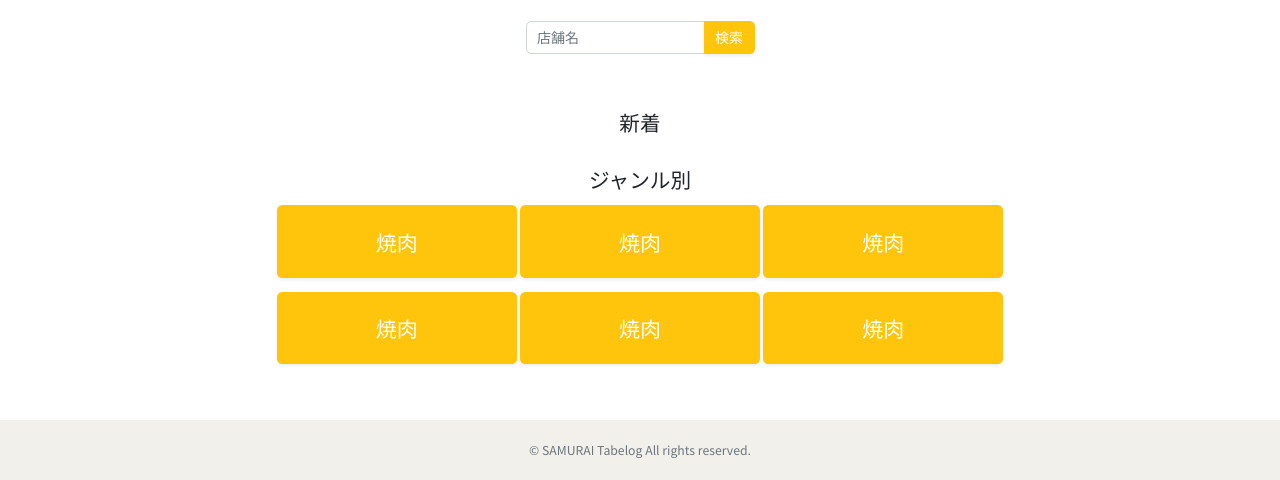
Repository: Mofu-Ya/springboot-tabelog-kadai
Page: http://localhost/index
The author's editor kept a copy of each file at every save. The page is drawn from the files as they stood at one save, then again after the next save.
The browser window is 1280 px wide. The pictures show the part of the page from y = 373 to 853 px (the page is 853 px tall).
The page is this project's Thymeleaf template; nobody is signed in. The template is opened directly, without the code that normally fills it, so the values that code supplies are empty.

Above is the page before, as saved 2025-01-18 02:31:26.

### kadai_002/samuraitabelog/src/main/resources/templates/index.html
<!DOCTYPE html>
<html xmlns:th="https://www.thymeleaf.org" xmlns:sec="http://www.thymeleaf.org/extras/spring-security">
	<head>
		<div th:replace="~{fragment :: meta}"></div>
        <div th:replace="~{fragment :: styles}"></div>

		<title>SAMURAI tabelog</title>
	</head>
	<body>
		<div class="samuraitabelog-wrapper">
             <!-- ヘッダー -->
             <div th:replace="~{fragment :: header}"></div>

             <main>
				 <div class="d-flex justify-content-center">
                     <img class="samuraitabelog-header-photo" th:src="@{/images/header_photo.jpg}" alt="NAGOYAMESHI">
                 </div>
                 <div class="container pt-4 pb-5 samuraitabelog-container">
                     <div th:if="${param.loggedIn}" class="alert alert-info">
                         ログインしました。
                     </div>

                     <div th:if="${param.loggedOut}" class="alert alert-info">
                         ログアウトしました。
                     </div>

                     <div th:if="${successMessage}" class="alert alert-info">
						 <span th:text="${successMessage}"></span>
                     </div>

                     <div th:if="${errorMessage}" class="alert alert-info">
						 <span th:text="${errorMessage}"></span>
                     </div>



                     <div class="d-flex justify-content-center">
                         <form method="get" th:action="@{/restaurants}" class="mb-5 samuraitabelog-search-form">
                             <div class="input-group">
                                 <input type="text" class="form-control" name="keyword" th:value="${keyword}" placeholder="店舗名">
                                 <button type="submit" class="btn text-white shadow-sm samuraitabelog-btn">検索</button>
                             </div>
                         </form>
                     </div>

                     <h2 class="text-center mt-3 mb-1">新着</h2>
                     <div class="row row-cols-lg-5 row-cols-2 g-3 mb-5">
                         <div class="col" th:each="newRestaurant : ${newRestaurants}">
                             <a th:href="@{/restaurants/__${newRestaurant.getId()}__}" class="link-dark samuraitabelog-card-link">
                                 <div class="card h-100">
                                     <img th:if="${newRestaurant.getImageName()}" th:src="@{/storage/__${newRestaurant.getImageName()}__}" class="card-img-top samuraitabelog-vertical-card-image" alt="店舗画像">
                                     <img th:unless="${newRestaurant.getImageName()}" th:src="@{/images/noImage.png}" class="card-img-top samuraitabelog-vertical-card-image" alt="NO IMAGE">
                                     <div class="card-body">
                                         <h3 class="card-title" th:text="${newRestaurant.getName()}"></h3>
                                         <p class="card-text mb-1">
                                             <small class="text-muted" th:text="${newRestaurant.getAddress()}"></small>
                                         </p>
                                         <p class="card-text">
                                             <span th:text="${#numbers.formatInteger(newRestaurant.getLowestPrice(), 1, 'COMMA') + '円 / 泊'}"></span>
                                         </p>
                                     </div>
                                 </div>
                             </a>
                         </div>
                     </div>

                     <h2 class="text-center mb-3">ジャンル別</h2>
<!--                     <div class="col col-lg-10 col-10 mb-3 justify-content-center">-->

						 <div class="row mb-3">
							 <div class="col text-center">
							<a class="btn text-white shadow-sm category-btn samuraitabelog-btn" th:href="@{/restaurants}">焼肉</a>
						 	<a class="btn text-white shadow-sm category-btn samuraitabelog-btn" th:href="@{/restaurants}">焼肉</a>
						 	<a class="btn text-white shadow-sm category-btn samuraitabelog-btn" th:href="@{/restaurants}">焼肉</a>
						 	</div>
						 </div>
						 <div class="row mb-3">
							<div class="col text-center">
							<a class="btn text-white shadow-sm category-btn samuraitabelog-btn" th:href="@{/restaurants}">焼肉</a>
						 	<a class="btn text-white shadow-sm category-btn samuraitabelog-btn" th:href="@{/restaurants}">焼肉</a>
						 	<a class="btn text-white shadow-sm category-btn samuraitabelog-btn" th:href="@{/restaurants}">焼肉</a>
						 	</div>
						 </div>

<!--                     </div>-->


                 </div>
             </main>

             <!-- フッター -->
             <div th:replace="~{fragment :: footer}"></div>
         </div>

    	<div th:replace="~{fragment :: scripts}"></div>
	</body>
</html>

### kadai_002/samuraitabelog/src/main/resources/templates/fragment.html
<!DOCTYPE html>
	<html xmlns:th="https://www.thymeleaf.org" xmlns:sec="http://www.thymeleaf.org/extras/spring-security">
    <head>
        <!-- meta要素の部品化 -->
        <div th:fragment="meta" th:remove="tag">
            <meta charset="UTF-8">
            <meta name="viewport" content="width=device-width, initial-scale=1">
        </div>

        <!-- link要素の部品化 -->
        <div th:fragment="styles" th:remove="tag">
            <!-- Bootstrap -->
            <link href="https://cdn.jsdelivr.net/npm/bootstrap@5.2.3/dist/css/bootstrap.min.css" rel="stylesheet" integrity="sha384-rbsA2VBKQhggwzxH7pPCaAqO46MgnOM80zW1RWuH61DGLwZJEdK2Kadq2F9CUG65" crossorigin="anonymous">

            <!-- Google Fonts -->
            <link rel="preconnect" href="https://fonts.googleapis.com">
            <link rel="preconnect" href="https://fonts.gstatic.com" crossorigin>
            <link href="https://fonts.googleapis.com/css2?family=Noto+Sans+JP:wght@400;500&display=swap" rel="stylesheet">

            <link th:href="@{/css/style.css}" rel="stylesheet" >
        </div>

        <title>部品化用のHTMLファイル</title>
    </head>
    <body>
		<!-- ヘッダーの部品化 -->
        <div th:fragment="header" th:remove="tag">
            <nav class="navbar navbar-expand-md navbar-light bg-white shadow-sm samuraitabelog-navbar">
                <div class="container samuraitabelog-container">
                    <a class="navbar-brand" th:href="@{/}">
                        <img class="samuraitabelog-logo me-1" th:src="@{/images/logo.png}" alt="NAGOYAMESHI">
                    </a>

                    <button class="navbar-toggler" type="button" data-bs-toggle="collapse" data-bs-target="#navbarSupportedContent" aria-controls="navbarSupportedContent" aria-expanded="false" aria-label="Toggle navigation">
                         <span class="navbar-toggler-icon"></span>
                     </button>

                     <div class="collapse navbar-collapse" id="navbarSupportedContent">
                         <ul class="navbar-nav ms-auto">
                             <!-- 未ログインであれば表示する -->
                             <li class="nav-item" sec:authorize="isAnonymous()">
                                 <a class="nav-link" th:href="@{/login}">ログイン</a>
                             </li>
                             <li class="nav-item" sec:authorize="isAnonymous()">
                                 <a class="nav-link" th:href="@{/signup}">会員登録</a>
                             </li>

                             <!-- ログイン済みの無料会員であれば表示する -->
                             <li class="nav-item dropdown" sec:authorize="hasRole('GENERAL_FREE')">
                                 <a id="navbarDropdownGeneral" class="nav-link dropdown-toggle" href="#" role="button" data-bs-toggle="dropdown" aria-haspopup="true" aria-expanded="false" v-pre>
                                     <span sec:authentication="principal.user.name"></span>
                                 </a>

                                 <div class="dropdown-menu dropdown-menu-end" aria-labelledby="navbarDropdownGeneral">
                                     <a class="dropdown-item samuraitabelog-dropdown-item" th:href="@{/user}">会員情報</a>

                                     <div class="dropdown-divider"></div>

                                     <a class="dropdown-item samuraitabelog-dropdown-item" th:href="@{/logout}" onclick="event.preventDefault(); document.getElementById('logout-form').submit();">
                                         ログアウト
                                     </a>
                                     <form class="d-none" id="logout-form" th:action="@{/logout}" method="post"></form>
                                 </div>
                             </li>

                             <!-- ログイン済みの有料会員であれば表示する -->
                             <li class="nav-item dropdown" sec:authorize="hasAnyRole('GENERAL_PAID', 'OWNER_ADMIN')">
                                 <a id="navbarDropdownGeneral" class="nav-link dropdown-toggle" href="#" role="button" data-bs-toggle="dropdown" aria-haspopup="true" aria-expanded="false" v-pre>
                                     <span sec:authentication="principal.user.name"></span>
                                 </a>

                                 <div class="dropdown-menu dropdown-menu-end" aria-labelledby="navbarDropdownGeneral">
                                     <a class="dropdown-item samuraitabelog-dropdown-item" th:href="@{/user}">会員情報</a>
                                     <a class="dropdown-item samuraitabelog-dropdown-item" th:href="@{/reservations}">予約一覧</a>

                                     <div class="dropdown-divider"></div>

                                     <a class="dropdown-item samuraitabelog-dropdown-item" th:href="@{/logout}" onclick="event.preventDefault(); document.getElementById('logout-form').submit();">
                                         ログアウト
                                     </a>
                                     <form class="d-none" id="logout-form" th:action="@{/logout}" method="post"></form>
                                 </div>
                             </li>

                             <!-- 管理者であれば表示する -->
                             <li class="nav-item dropdown" sec:authorize="hasRole('ADMIN')">
                                 <a id="navbarDropdownAdmin" class="nav-link dropdown-toggle" href="#" role="button" data-bs-toggle="dropdown" aria-haspopup="true" aria-expanded="false" v-pre>
                                     管理者メニュー
                                 </a>

                                 <div class="dropdown-menu dropdown-menu-end" aria-labelledby="navbarDropdownAdmin">
									 <a class="dropdown-item samuraitabelog-dropdown-item" th:href="@{/user}">会員情報</a>
									 <a class="dropdown-item samuraitabelog-dropdown-item" th:href="@{/admin/users}">会員一覧</a>
                                     <a class="dropdown-item samuraitabelog-dropdown-item" th:href="@{/admin/restaurants}">飲食店一覧</a>

                                     <div class="dropdown-divider"></div>

                                     <a class="dropdown-item samuraitabelog-dropdown-item" th:href="@{/logout}" onclick="event.preventDefault(); document.getElementById('logout-form').submit();">
                                         ログアウト
                                     </a>
                                     <form class="d-none" id="logout-form" th:action="@{/logout}" method="post"></form>
                                 </div>
                             </li>
                         </ul>
                     </div>
                </div>
            </nav>
        </div>

		<!-- フッターの部品化 -->
        <div th:fragment="footer" th:remove="tag">
            <footer>
                <div class="d-flex justify-content-center align-items-center h-100">
                    <p class="text-center text-muted small mb-0">&copy; SAMURAI Tabelog All rights reserved.</p>
                </div>
            </footer>
        </div>

        <!-- script要素の部品化 -->
        <div th:fragment="scripts" th:remove="tag">
            <!-- Bootstrap -->
            <script src="https://cdn.jsdelivr.net/npm/bootstrap@5.2.3/dist/js/bootstrap.bundle.min.js" integrity="sha384-kenU1KFdBIe4zVF0s0G1M5b4hcpxyD9F7jL+jjXkk+Q2h455rYXK/7HAuoJl+0I4" crossorigin="anonymous"></script>
        </div>
    </body>
</html>

### kadai_002/samuraitabelog/src/main/resources/static/css/style.css
html {
  font-size: 14px;
}

body {
  font-family: 'Noto Sans JP', sans-serif;
}

h1 {
  font-size: 1.5rem;
}

h2 {
  	font-size: 1.475rem;
}

h3 {
	font-size: 1.25rem;
}

a {
/*  color: #5196a6;*/
  color: #005133;
  text-decoration: none !important;
}

a:hover {
    color: #407784;
}

footer {
  width: 100%;
  height: 60px;
  position: absolute;
  bottom: 0;
  background-color: #f2f0eb;
}

.samuraitabelog-wrapper {
  min-height: 100vh;
  position: relative;
  padding-bottom: 60px;
  box-sizing: border-box;
}

.samuraitabelog-navbar {
  min-height: 60px;
}

.samuraitabelog-logo {
  height: 50px;
}

.samuraitabelog-header-photo {
  width: 100%;
  height: 300px;
}



.samuraitabelog-btn {
/*  background-color: #5196a6 !important;   */
  background-color: #FFC40C !important;
  transition: 0.1s;
}

.samuraitabelog-btn:hover {
  opacity: 0.8;
}

.samuraitabelog-page-link {
/*  color: #5196a6;*/
  color: #FFC40C;;
}

.samuraitabelog-page-link:hover {
  color: #407784;
}

.samuraitabelog-active {
/*  background-color: #5196a6 !important;*/
/*  border-color: #5196a6 !important;*/
  background-color: #FFC40C !important;
  border-color: #FFC40C !important;
}

.samuraitabelog-pre-wrap {
	/* 改行文字で行を折り返す */
	white-space: pre-wrap;
}

.samuraitabelog-link-danger {
     color: #f2594b;
 }

 .samuraitabelog-link-danger:hover {
     color: #a63c3c;
 }

 .samuraitabelog-btn-danger {
     background-color: #f2594b !important;
     transition: 0.1s;
 }

 .samuraitabelog-btn-danger:hover {
   opacity: 0.8;
 }

.samuraitabelog-dropdown-item:active {
   background-color: #5196a6;
 }

.samuraitabelog-card-link {
	transition: 0.3s;
}

.samuraitabelog-card-link:hover {
	opacity: 0.7;
}

.samuraitabelog-horizontal-card-image {
	width: 100%;
	height: 240px;
	object-fit: cover;
}

.samuraitabelog-sort-box {
   width: 150px;
 }

.samuraitabelog-vertical-card-image {
   width: 100%;
   height: 150px;
   object-fit: cover;
}

 .samuraitabelog-search-form {
     max-width: 300px;
 }

 .samuraitabelog-timepicker-form {
     height: 34px;
/*     border-color: lightgrey;*/
     border: 1px solid lightgrey;
     border-radius: 4px;
     padding: 10px;
 }

 /* ベースのFlatpickrスタイルをカスタマイズ */
.flatpickr-time {
    display: flex;
    justify-content: center;
    align-items: center;
    gap: 5px;
/*    font-family: 'Arial', sans-serif;*/
    font-family: 'Noto Sans JP', sans-serif;
    background-color: #f7f9fc;
/*    background-color:red;*/
    border-radius: 8px;
    padding: 10px;
/*    width: 200px;*/
    box-shadow: 0 4px 8px rgba(0, 0, 0, 0.1);
    overflow: hidden; /* 外枠を見切れさせない */
}

/* 不要な分・秒を非表示 */
.flatpickr-time .flatpickr-minute {
    display: none !important; /* 完全に非表示にする */
}

/*.flatpickr-time .flatpickr-minute .arrow {*/
/*    display: none !important;  完全に非表示にする */
/*}*/


/* 時間選択の各要素 */
.flatpickr-time .flatpickr-hour　{
    width: 70px;
    height: 40px;
    overflow: hidden;
    border-radius: 5px;
    border: 1px solid #ccc;
/*    border: 1px solid red;*/
    background-color: white;
    text-align: center;
    font-size: 1.2rem;
/*    font-weight: bold;*/
    line-height: 40px;
    color: #333;
    cursor: pointer;
    user-select: none;
    transition: all 0.2s ease-in-out;
}

/* 選択中の要素 */
.flatpickr-time .flatpickr-hour:hover,
.flatpickr-time .flatpickr-minute:hover,
.flatpickr-time .flatpickr-second:hover,
.flatpickr-time .flatpickr-am-pm:hover {
    background-color: #eaf3ff;
    color: #007bff;
    transform: scale(1.1);
}

/* ドラムロールのエフェクト風 */
.flatpickr-time .flatpickr-hour,
.flatpickr-time .flatpickr-minute,
.flatpickr-time .flatpickr-second {
    display: flex;
    flex-direction: column;
    align-items: center;
    justify-content: center;
    position: relative;
    height: auto;
}

/* 確認画面の Card のスタイル */
.confirm-card {
	width: 90%;
	max-width: 600px;
}

.confirm-card-body {
	padding: 20px;
}

.confirm-card-btn {
	width: 120px;
}

.complete-card-btn {
	width: 180px;
}

.category-btn {
	width: 240px;
	font-size: 1.5rem;
	line-height: 60px; /* 行の高さをボタンの高さと同じに設定 */
    text-align: center; /* 水平方向の中央揃え */
    vertical-align: middle; /* 垂直方向の中央揃え */
}


.samuraitabelog-cancel-btn {
	color: #FFC40C !important;
	background-color: white !important;
	border: 1px solid #FFC40C;
  	transition: 0.1s;
}

.samuraitabelog-cancel-btn:hover {
	color:  #191C16 !important;
	background-color: #B4BBAB !important;
	border: 1px solid #FFC40C;
  	opacity: 0.6;
}

/*.flatpickr-time .flatpickr-hour:before,*/
/*.flatpickr-time .flatpickr-minute:before,*/
/*.flatpickr-time .flatpickr-second:before {*/
/*    content: "";*/
/*    position: absolute;*/
/*    top: 0;*/
/*    width: 100%;*/
/*    height: 50%;*/
/*    background: linear-gradient(to bottom, rgba(255, 255, 255, 0.9), rgba(255, 255, 255, 0));*/
/*    z-index: 1;*/
/*}*/

/*.flatpickr-time .flatpickr-hour:after,*/
/*.flatpickr-time .flatpickr-minute:after,*/
/*.flatpickr-time .flatpickr-second:after {*/
/*    content: "";*/
/*    position: absolute;*/
/*    bottom: 0;*/
/*    width: 100%;*/
/*    height: 50%;*/
/*    background: linear-gradient(to top, rgba(255, 255, 255, 0.9), rgba(255, 255, 255, 0));*/
/*    z-index: 1;*/
/*}*/


@media screen and (min-width: 1400px) {
  .samuraitabelog-container {
    max-width: 1200px;
  }
}

After the next save:
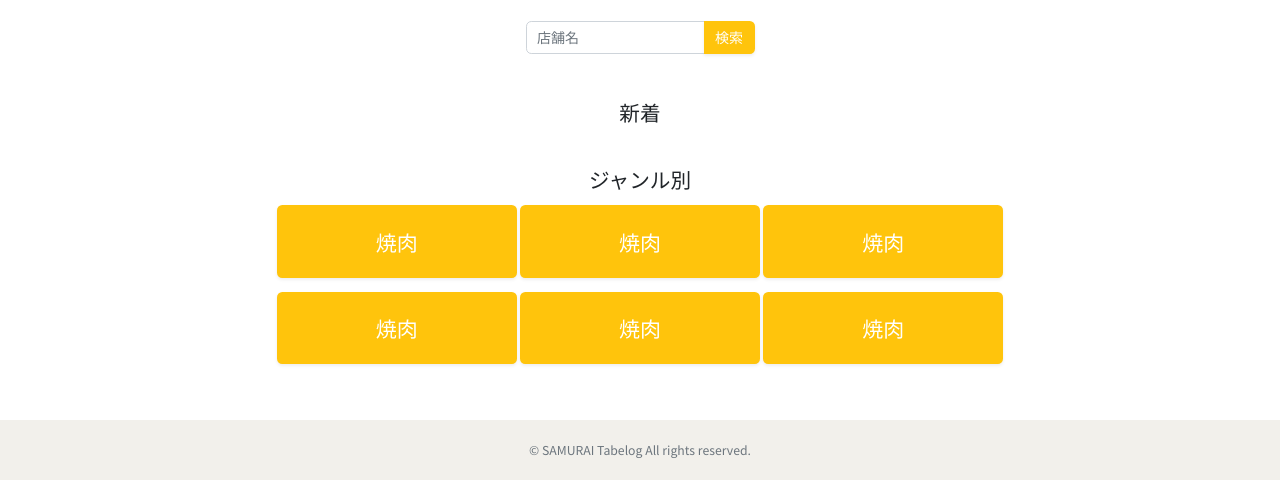
Saved 19 s later.
--- a/kadai_002/samuraitabelog/src/main/resources/templates/index.html
+++ b/kadai_002/samuraitabelog/src/main/resources/templates/index.html
@@ -43,7 +43,7 @@
                          </form>
                      </div>
 
-                     <h2 class="text-center mt-3 mb-1">新着</h2>
+                     <h2 class="text-center mt-1 mb-3">新着</h2>
                      <div class="row row-cols-lg-5 row-cols-2 g-3 mb-5">
                          <div class="col" th:each="newRestaurant : ${newRestaurants}">
                              <a th:href="@{/restaurants/__${newRestaurant.getId()}__}" class="link-dark samuraitabelog-card-link">
